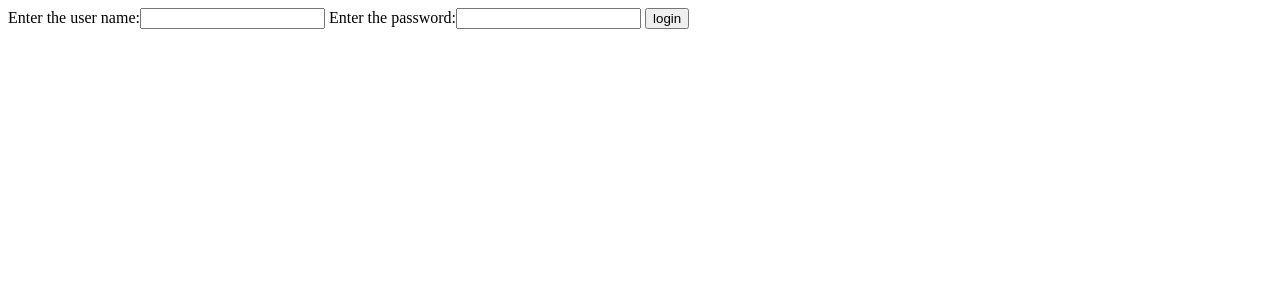
Repository: Tarun-raj1999/MyProjects
Page: Projects/AdvanceJavaProject1/src/main/webapp/index.html
An editor plug-in stored every save of this project. The page is shown before and after the next save, followed by the edit.
The browser window is 1280 px wide. The pictures show the whole page.

Above is the page before, as saved 2024-07-11 09:19:12.

After the next save:
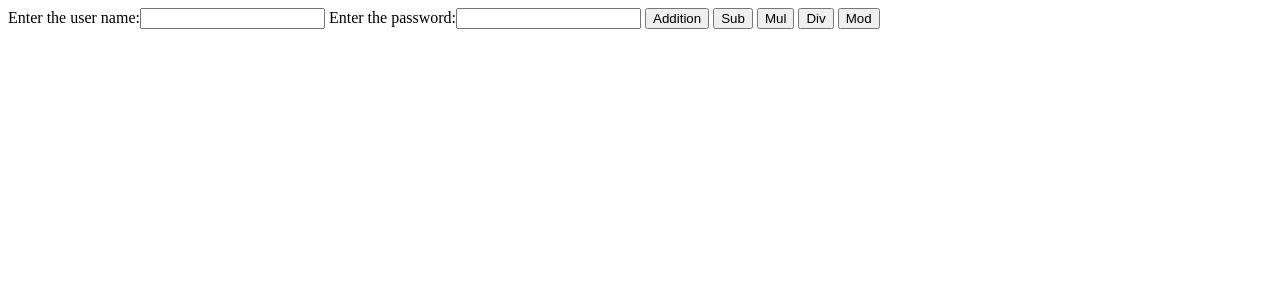
Saved 3 min 55 s later.
--- a/Projects/AdvanceJavaProject1/src/main/webapp/index.html
+++ b/Projects/AdvanceJavaProject1/src/main/webapp/index.html
@@ -8,7 +8,11 @@
 <form action="ServletOne" method="post">
 Enter the user name:<input type="text" name="username"/>
 Enter the password:<input type="password" name="password"/>
-<button type="submit">login</button>
+<button type="submit" id="Add">Addition</button>
+<button type="submit" id="Sub">Sub</button>
+<button type="submit" id="Mul">Mul</button>
+<button type="submit" id="div">Div</button>
+<button type="submit" id="Mod">Mod</button>
 </form>
 </body>
 </html>
